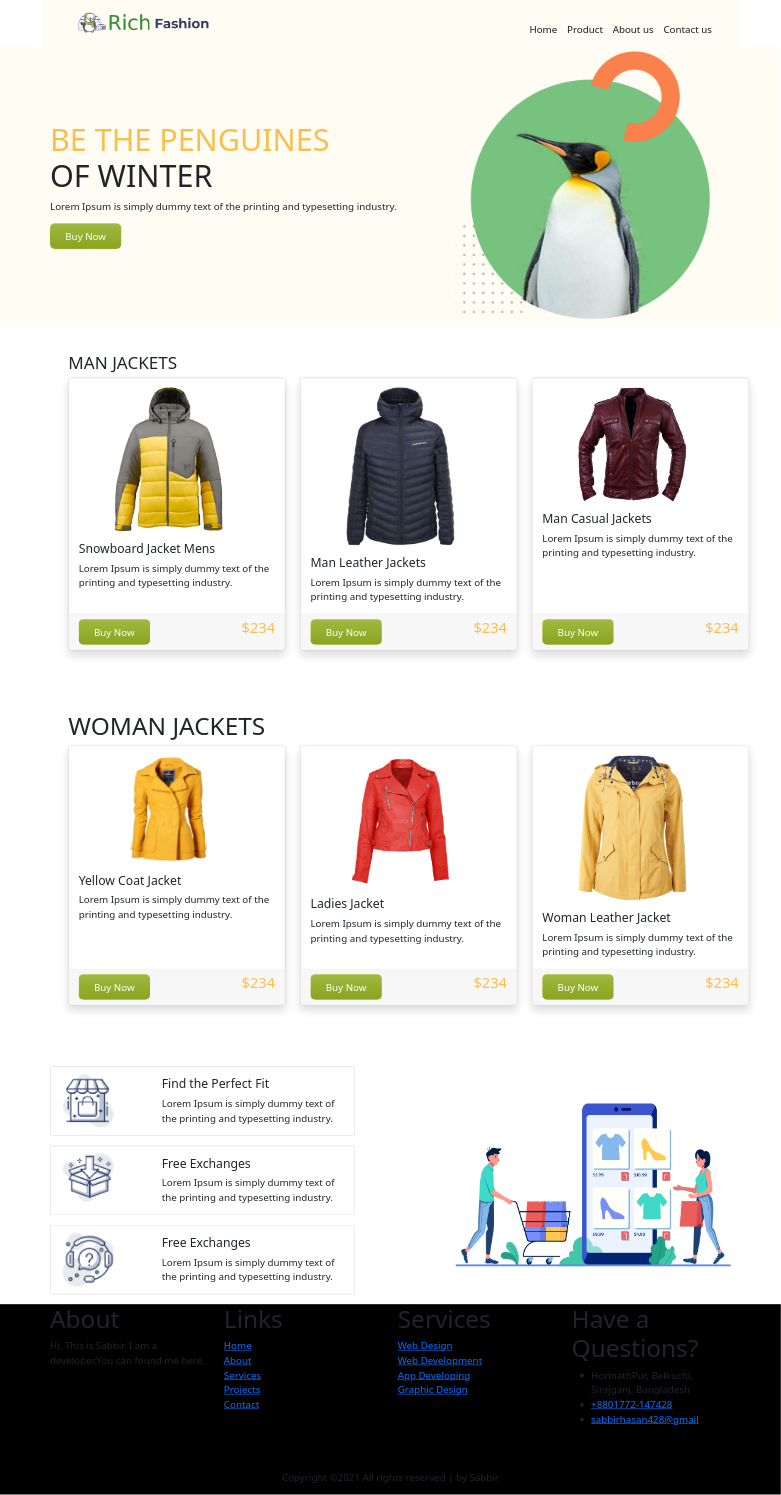
Repository: sabbircse3/fashion
Page: index.html
The author's editor kept a copy of each file at every save. The page is drawn from the files as they stood at one save, then again after the next save.
The browser window is 1280 px wide. The pictures show the whole page, at 61% of full size.

Above is the page before, as saved 2021-01-14 04:21:51.

After the next save:
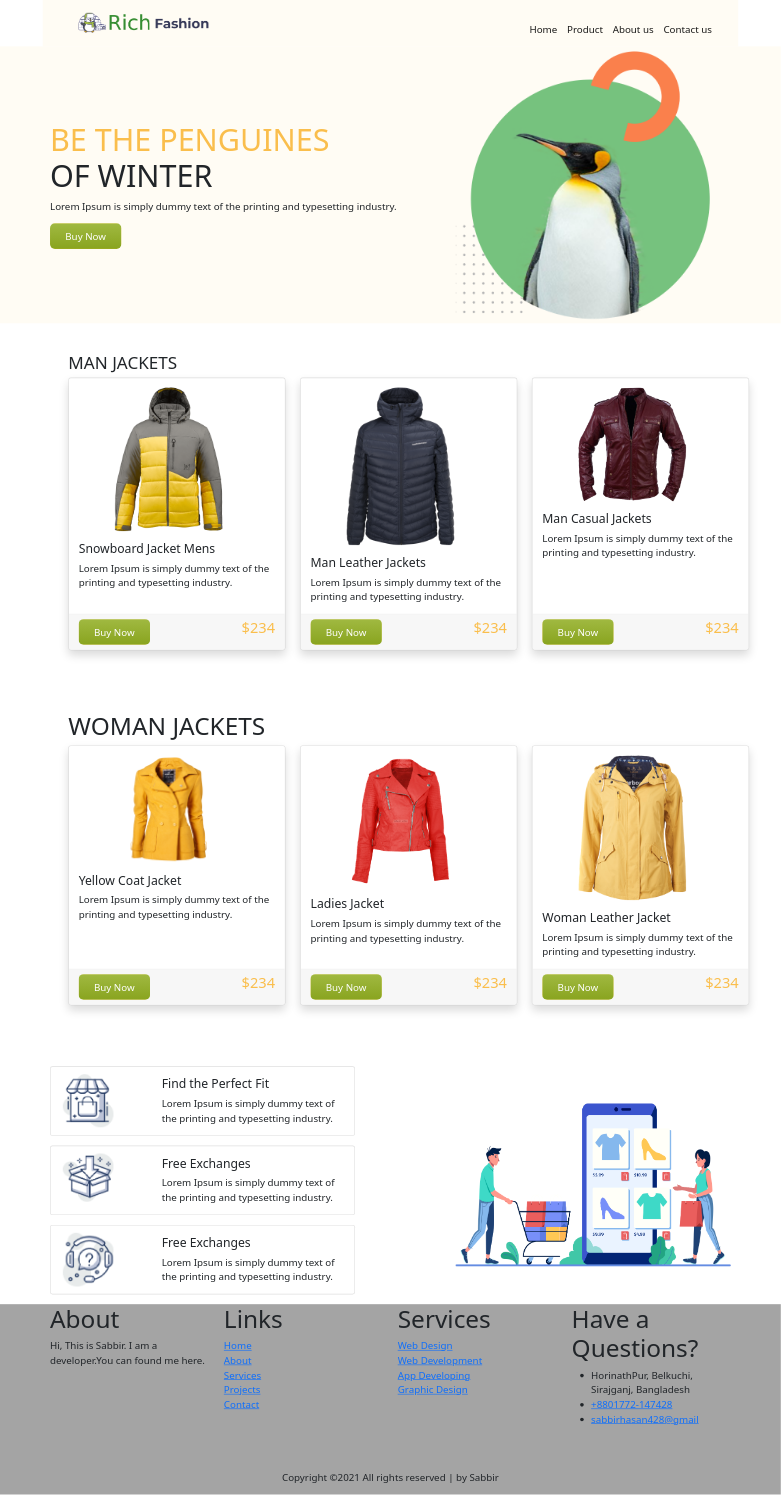
Saved 17 s later.
--- a/index.html
+++ b/index.html
@@ -77,7 +77,7 @@ h4{
     color: #FABE4C;
 }
 .fbg{
-    background-color: black;
+    background-color: rgba(0, 0, 0, 0.356);
 }
 
     </style>
